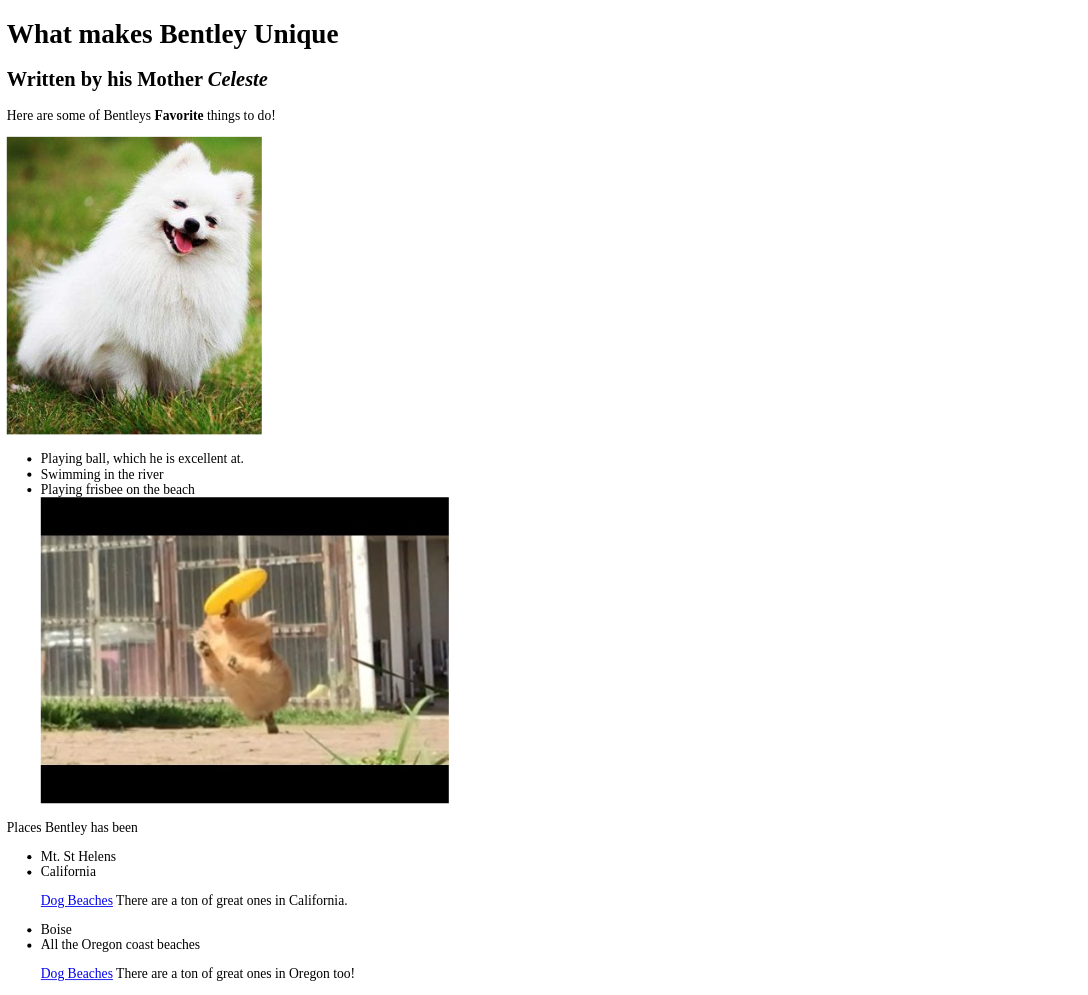
Repository: fieldceleste/bentley-boy
Page: bentley-boy.html
An editor plug-in stored every save of this project. The page is shown before and after the next save, followed by the edit.
The browser window is 1280 px wide. The pictures show the whole page, at 85% of full size.

Above is the page before, as saved 2019-10-24 21:12:17.

### bentley-boy.html
<!DOCTYPE html>
<html>
  <head>
    <title>My dog Bentley</title>
  </head>
  <body>
    <h1>What makes Bentley Unique</h1>
    <h2>Written by his Mother <em>Celeste</em></h2>
    <p>Here are some of Bentleys <strong>Favorite</strong> things to do!</p>
       <img src="img./bentley.jpeg"alt="photo of pom">
    <ul>
      <li>Playing ball, which he is excellent at.</li>
      <li>Swimming in the river</li>
      <li>Playing frisbee on the beach</li>
        <img src="img./frisbee.jpeg"alt="photo of dog playing frisbee">
    </ul>
    <p>Places Bentley has been</p>
    <ul>
      <li>Mt. St Helens</li>
      <li>California</li>
        <p><a href="https://www.californiabeaches.com/dog-friendly-beaches-in-california/">Dog Beaches</a>
        There are a ton of great ones in California.</p>
      <li>Boise</li>
      <li>All the Oregon coast beaches</li>

        <p><a href="https://www.bringfido.com/attraction/beaches/state/oregon/">
        Dog Beaches</a> There are a ton of great ones in Oregon too!</p>
    </ul>
  </body>
</html>

### css/styles.css
h1 {
    color:purple;
}

h2 {
    font-style: italic
    text-align: center;
}

p{ font-family: sans-serif;

}

ul {
    font-size: 20px;
    line-height: 30px;
}

After the next save:
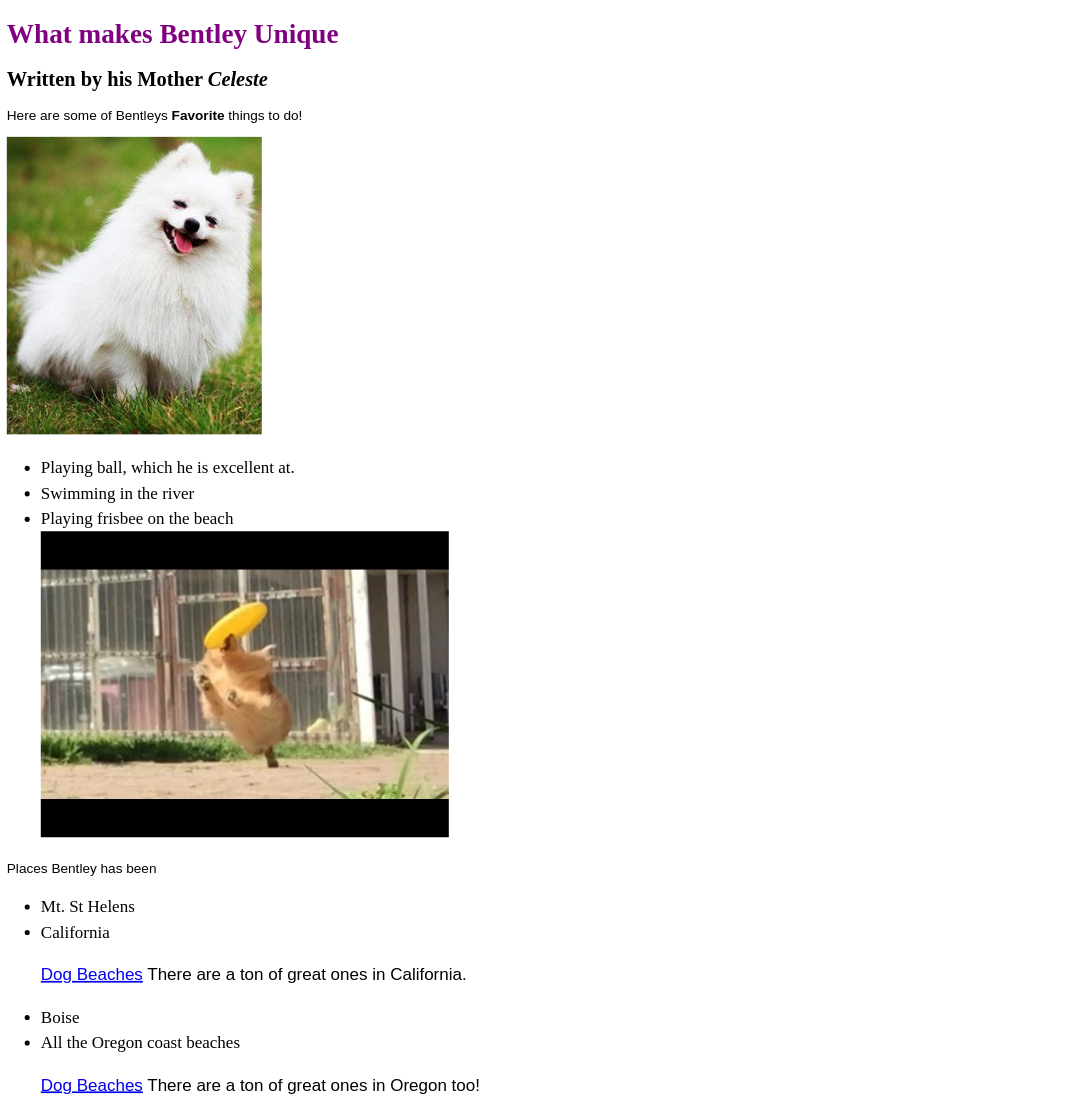
Saved 69 s later.
--- a/bentley-boy.html
+++ b/bentley-boy.html
@@ -3,6 +3,7 @@
   <head>
     <title>My dog Bentley</title>
   </head>
+     <link href="css/styles.css" rel="stylesheet" type="text/css">
   <body>
     <h1>What makes Bentley Unique</h1>
     <h2>Written by his Mother <em>Celeste</em></h2>
